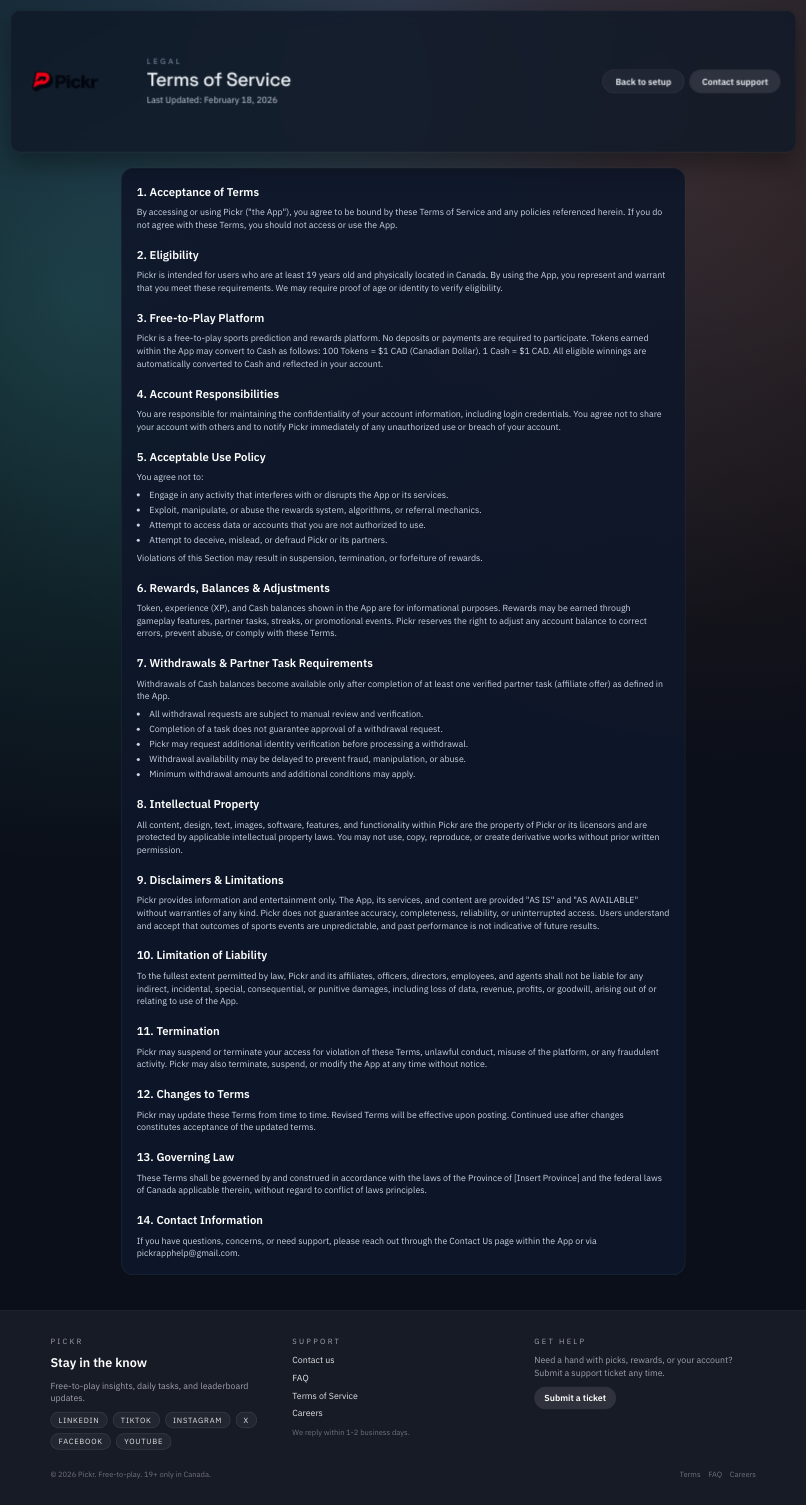
Repository: prav2004/therealdeal
Page: public/terms.html
These files come from the project's save history. The page is drawn as it stood at one moment and after the next save; the edit follows.
The browser window is 1280 px wide. The pictures show the whole page, at 63% of full size.
Some web libraries are served in a nearby version.

Above is the page before, as saved 2026-02-18 21:15:43.

After the next save:
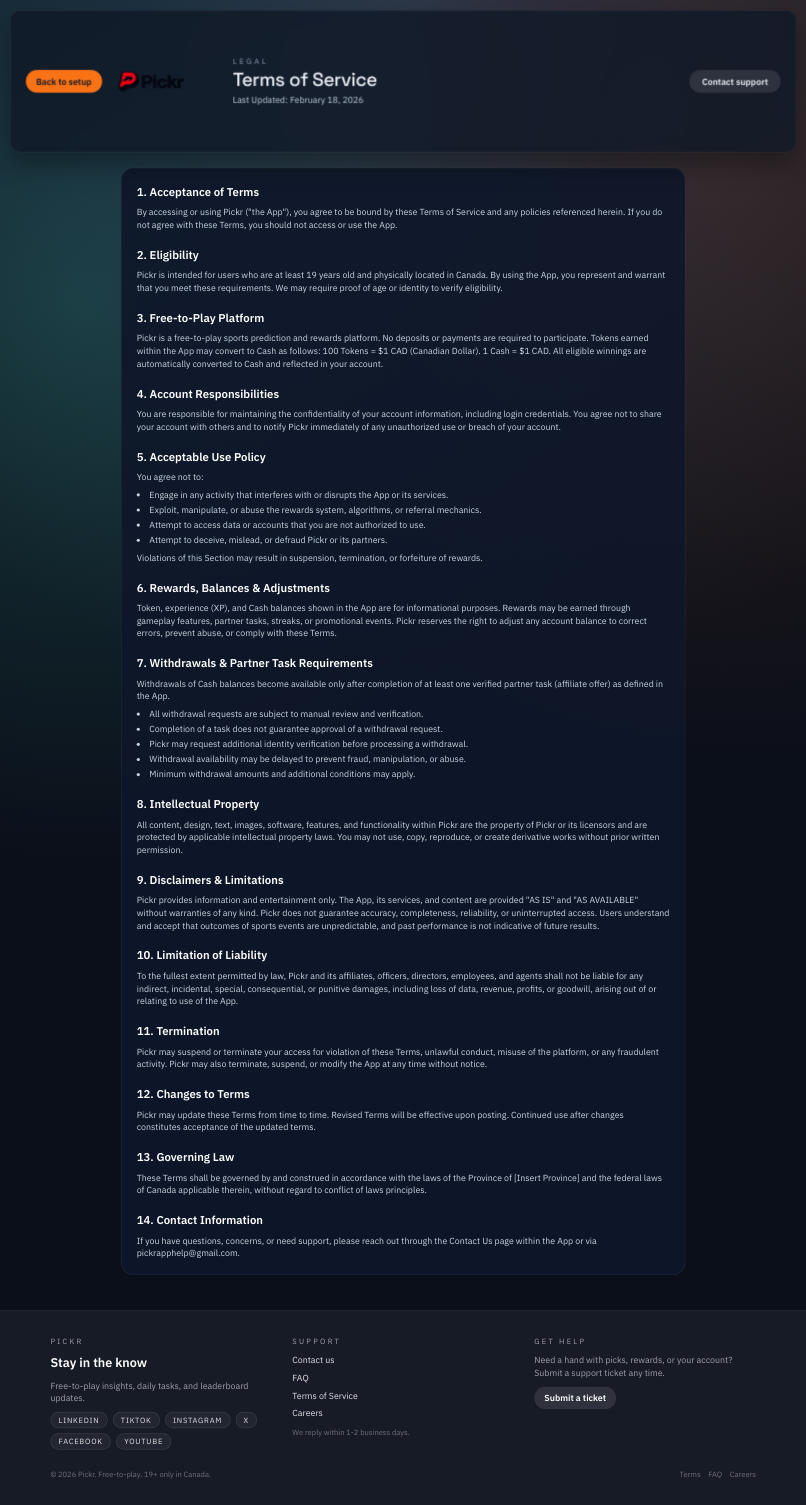
Saved 2 min 22 s later.
--- a/public/terms.html
+++ b/public/terms.html
@@ -46,6 +46,7 @@
   <body class="flex flex-col min-h-screen">
     <header class="glass mx-4 mt-4 rounded-2xl p-4 md:p-6 flex flex-col gap-4 sm:flex-row sm:items-center sm:justify-between">
       <div class="flex items-center gap-4">
+        <a id="termsBack" href="onboarding.html" class="inline-flex items-center justify-center rounded-full bg-orange-500 px-4 py-2 text-sm font-semibold text-slate-900 hover:bg-orange-600">Back to setup</a>
         <img src="logo.png" alt="Pickr logo" class="h-[9rem] w-[9rem] sm:h-[11rem] sm:w-[11rem] object-contain" />
         <div class="space-y-1">
           <div class="text-xs uppercase tracking-[0.35em] text-slate-400">Legal</div>
@@ -54,7 +55,6 @@
         </div>
       </div>
       <div class="flex flex-wrap gap-2">
-        <a id="termsBack" href="onboarding.html" class="inline-flex items-center justify-center rounded-full border border-white/10 bg-white/5 px-5 py-2 text-sm font-semibold text-slate-100 hover:border-white/30 hover:text-white">Back to setup</a>
         <a href="contact.html" class="inline-flex items-center justify-center rounded-full bg-white/10 px-5 py-2 text-sm font-semibold text-slate-100 hover:bg-white/20">Contact support</a>
       </div>
     </header>
